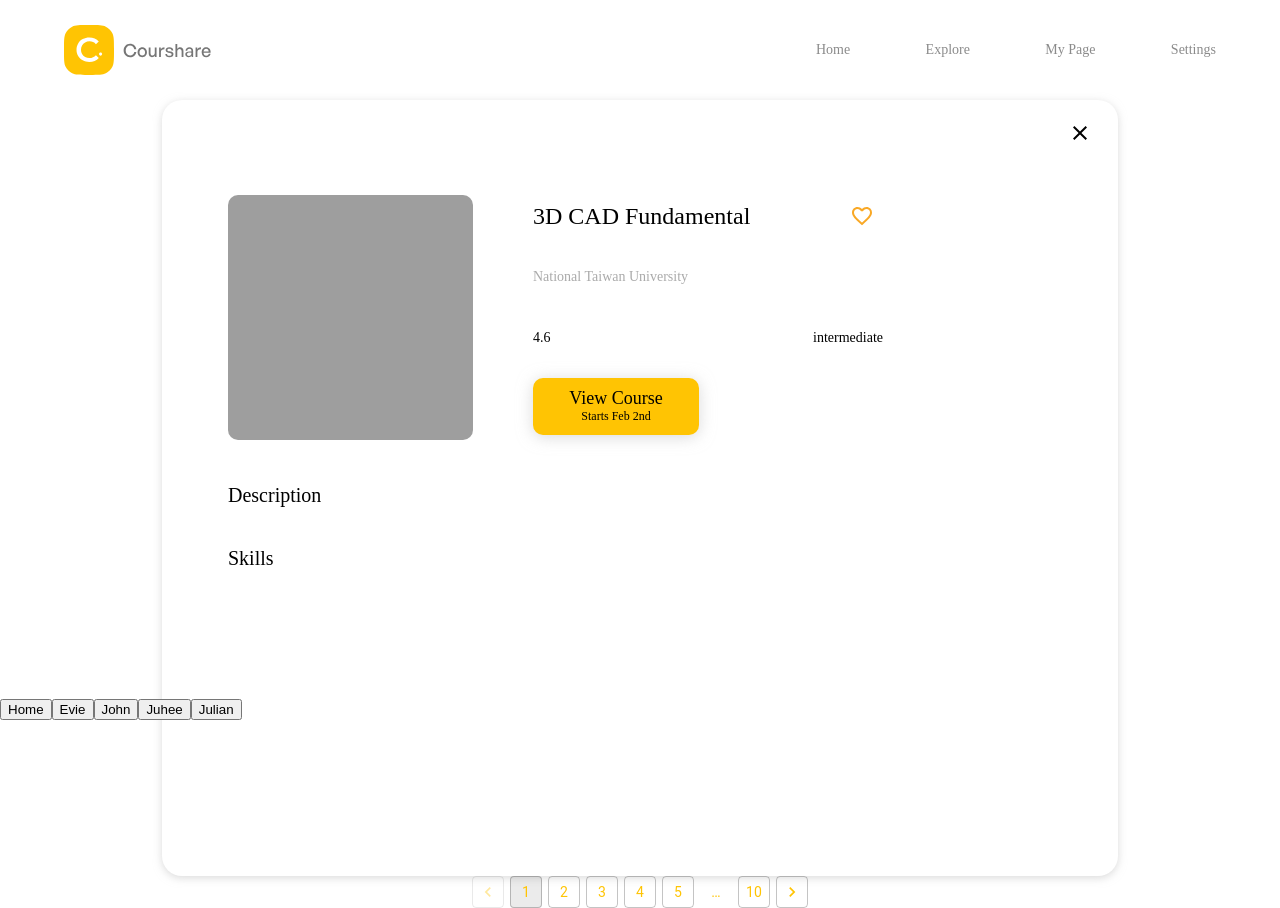
Repository: julianm09/courshare-app
Page: /comps/juhee
The author's editor kept a copy of each file at every save. The page is drawn from the files as they stood at one save, then again after the next save.
The browser window is 1280 px wide. The pictures show the whole page.
Pictures or frames that could not be fetched are drawn as grey boxes. The project was rebuilt for these pictures with package versions that can differ from the ones it lists, and the page was loaded fresh each time. The framework's server and built-in components were replaced by stand-ins that run in the browser. Also part of the build but not shown: next.config.js.

Above is the page before, as saved 2022-02-07 15:31:31.

### pages/_app.js
import "../styles/globals.css";
import styled from "styled-components";
import { useRouter } from "next/router";
import Navbar from "@/components/Navbar";

function MyApp({ Component, pageProps }) {
  const r = useRouter();
  return (
    <>
    <Navbar/>
      <Component {...pageProps} />

      <BotNav>
        <button onClick={() => r.push("/")}>Home</button>
        <button onClick={() => r.push("/comps/evie")}>Evie</button>
        <button onClick={() => r.push("/comps/john")}>John</button>
        <button onClick={() => r.push("/comps/juhee")}>Juhee</button>
        <button onClick={() => r.push("/comps/julian")}>Julian</button>
      </BotNav>
    </>
  );
}

const BotNav = styled.div`
  position: fixed;
  bottom: 0px;
`;

export default MyApp;

### pages/comps/juhee.js
import styled from "styled-components";
import CourseDetailCard from "@/components/CourseDetailCard";
import PageNavigation from "@/components/PageNavigation";

export default function Juhee() {
  return (
    <Cont>
      {/* make components here */}
      <CourseDetailCard></CourseDetailCard>
      <PageNavigation></PageNavigation>
    </Cont>
  );
}

const Cont = styled.div`
  display: flex;
  align-items: center;
  flex-direction: column;
  width: 100%;
`;

### styles/globals.css
@import url("general-sans.css");

html,
body {
  padding: 0;
  margin: 0;
  font-family: -apple-system, BlinkMacSystemFont, Segoe UI, Roboto, Oxygen,
    Ubuntu, Cantarell, Fira Sans, Droid Sans, Helvetica Neue, sans-serif;
}

a {
  color: inherit;
  text-decoration: none;
}

* {
  box-sizing: border-box;
}

### components/Navbar.js
import styled from "styled-components";
import { useState } from "react";
import { useRouter } from "next/router";

export default function Navbar({}) {
  const r = useRouter();

  const [menu, setMenu] = useState(false);

  const handleLink = (t) => {
    setMenu(false);
    r.push(t);
  };

  return (
    <NavbarUI>
      <Logo
        src="/logo.svg"
        selected={r.pathname == "/"}
        onClick={() => handleLink("/")}
      ></Logo>
      <Navigation>
        <LinkUI selected={r.pathname == "/"} onClick={() => handleLink("/")}>
          Home
        </LinkUI>
        <LinkUI
          selected={r.pathname == "/explore"}
          onClick={() => handleLink("/explore")}
        >
          Explore
        </LinkUI>
        <LinkUI
          selected={r.pathname == "/mypage"}
          onClick={() => handleLink("/mypage")}
        >
          My Page
        </LinkUI>
        <LinkUI
          selected={r.pathname == "/settings"}
          onClick={() => handleLink("/settings")}
        >
          Settings
        </LinkUI>
      </Navigation>
      <MenuIcon
        src={menu ? "/icons/close.svg" : "/icons/menu.svg"}
        onClick={() => setMenu(!menu)}
      />
      {menu ? (
        <MobileMenu>
          <LinkUI selected={r.pathname == "/"} onClick={() => handleLink("/")}>
            Home
          </LinkUI>
          <LinkUI
            selected={r.pathname == "/explore"}
            onClick={() => handleLink("/explore")}
          >
            Explore
          </LinkUI>
          <LinkUI
            selected={r.pathname == "/mypage"}
            onClick={() => handleLink("/mypage")}
          >
            My Page
          </LinkUI>
          <LinkUI
            selected={r.pathname == "/settings"}
            onClick={() => handleLink("/settings")}
          >
            Settings
          </LinkUI>
        </MobileMenu>
      ) : (
        <></>
      )}
    </NavbarUI>
  );
}

const NavbarUI = styled.div`
  width: 100%;
  padding: 0 5%;
  height: 100px;
  display: flex;
  align-items: center;
  justify-content: space-between;

  -webkit-touch-callout: none; /* iOS Safari */
  -webkit-user-select: none; /* Safari */
  -khtml-user-select: none; /* Konqueror HTML */
  -moz-user-select: none; /* Old versions of Firefox */
  -ms-user-select: none; /* Internet Explorer/Edge */
  user-select: none; /* Non-prefixed version, currently supported by Chrome, Edge, Opera and Firefox */
`;

const Logo = styled.img`
  cursor: pointer;
`;

const Navigation = styled.div`
  display: flex;
  justify-content: space-between;
  width: 400px;
  @media (max-width: 1000px) {
    display: none;
  }
`;

const LinkUI = styled.div`
  cursor: pointer;
  font-family: General Sans;
  font-style: normal;
  font-size: 14px;
  line-height: 24px;
  color: #8b8b8b;
  color: ${(props) => (props.selected ? "#595959" : "#8B8B8B")};
  font-weight: ${(props) => (props.selected ? "500" : "400")};
`;

const MenuIcon = styled.img`
  cursor: pointer;
  display: none;
  @media (max-width: 1000px) {
    display: flex;
  }
`;

const MobileMenu = styled.div`
  cursor: pointer;
  display: flex;
  position: absolute;
  height: 200px;
  flex-direction: column;
  justify-content: space-between;
  align-items: flex-end;
  top: 100px;
  width: 90%;
  @media (min-width: 1000px) {
    display: none;
  }
`;

### components/CourseDetailCard.js
import styled from "styled-components";
import { useState } from "react";
import Favorite from "@mui/icons-material/Favorite";
import FavoriteBorder from "@mui/icons-material/FavoriteBorder";
import { Checkbox } from "@mui/material";
import RegisterButton from "../components/RegisterButton";
import { yellow } from "@mui/material/colors";
import CloseIcon from "@mui/icons-material/Close";

const BigCont = styled.div`
  display: flex;
  flex-direction: column;
  width: 956px;
  height: 776px;
  background-color: #ffffff;
  box-shadow: 0px 2px 8px 0px rgba(185, 185, 185, 0.52);
  border-radius: 20px;
  font-family: General Sans;
`;
const ButtonCont = styled.div`
  display: flex;
  justify-content: flex-end;
  margin-right: 20px;
  margin-top: 20px;
`;

const ContentCont = styled.div`
  display: flex;
  flex-direction: column;
  justify-content: space-between;
  padding: 46px 66px 66px 66px;
`;
const FristCont = styled.div`
  display: flex;
  flex-direction: row;
`;
const LeftCont = styled.div``;

const Img = styled.img`
  width: 245px;
  height: 245px;
  border-radius: 10px;
`;
const Heading1 = styled.p`
  font-size: 24px;
  margin: 0;
  font-weight: 500;
`;

const GreyText = styled.p`
  color: #aaaaaa;
  font-size: 14px;
`;
const RightCont = styled.div`
  height: 245px;
  margin-left: 60px;
  display: flex;
  flex-direction: column;
  align-items: space-between;
`;
const RightSmallCont = styled.div`
  width: 350px;
  display: flex;
  flex-direction: row;
  justify-content: space-between;
  align-items: center;
  margin-bottom: 5%;
`;
const SecondCont = styled.div`
  margin-top: 20px;
`;
const Heading2 = styled.p`
  font-size: 20px;
  font-weight: 500;
`;
const Desc = styled.p`
  font-size: 14px;
`;
const ThirdCont = styled.div``;

export default function CourseDetailCard({
  name = "3D  CAD Fundamental",
  school = "National Taiwan University",
  rating = 4.6,
  difficulty = "intermediate",
  description = "",
  skills = "",
}) {
  return (
    <BigCont>
      <ButtonCont>
        <button style={{ border: "none", background: "none" }}>
          <CloseIcon />
        </button>
      </ButtonCont>
      <ContentCont>
        <FristCont>
          <LeftCont>
            <Img src="https://images.unsplash.com/photo-1600869009498-8d429f88d4f5?ixlib=rb-1.2.1&ixid=MnwxMjA3fDB8MHxwaG90by1wYWdlfHx8fGVufDB8fHx8&auto=format&fit=crop&w=2340&q=80" />
          </LeftCont>
          <RightCont>
            <RightSmallCont>
              <Heading1>{name}</Heading1>
              <Checkbox
                sx={{
                  color: yellow[800],
                  "&.Mui-checked": {
                    color: yellow[600],
                  },
                }}
                icon={<FavoriteBorder />}
                checkedIcon={<Favorite />}
              />
            </RightSmallCont>
            <RightSmallCont>
              <GreyText>{school}</GreyText>
            </RightSmallCont>
            <RightSmallCont>
              <Desc>{rating}</Desc>
              <Desc>{difficulty}</Desc>
            </RightSmallCont>
            <RightSmallCont>
              <RegisterButton />
            </RightSmallCont>
          </RightCont>
        </FristCont>
        <SecondCont>
          <Heading2>Description</Heading2>
          <Desc>{description}</Desc>
        </SecondCont>
        <ThirdCont>
          <Heading2>Skills</Heading2>
          <Desc>{skills}</Desc>
        </ThirdCont>
      </ContentCont>
    </BigCont>
  );
}

### components/PageNavigation.js
import styled from "styled-components";
import Pagination from "@mui/material/Pagination";
import Stack from "@mui/material/Stack";
import { makeStyles } from "@mui/styles";
import { useState } from "react";

const Cont = styled.div``;

const useStyles = makeStyles(() => ({
  ul: {
    "& .MuiPaginationItem-root": {
      color: "#FFC403",
    },
  },
}));
export default function PageNavigation({}) {
  const classes = useStyles();
  return (
    <Cont>
      <Pagination
        count={10}
        variant="outlined"
        shape="rounded"
        classes={{ ul: classes.ul }}
      />
    </Cont>
  );
}

### styles/general-sans.css
/**
 * @license
 *
 * Font Family: General Sans
 * Designed by: Frode Helland
 * URL: https://www.fontshare.com/fonts/general-sans
 * © 2021 Indian Type Foundry
 *
 * Font Styles:
 * General Sans Variable(Variable font)
 * General Sans Variable Italic(Variable font)
 * General Sans Extralight
 * General Sans Extralight Italic
 * General Sans Light
 * General Sans Light Italic
 * General Sans Regular
 * General Sans Italic
 * General Sans Medium
 * General Sans Medium Italic
 * General Sans Semibold
 * General Sans Semibold Italic
 * General Sans Bold
 * General Sans Bold Italic
 *
*/


/**
* This is a variable font
* You can controll variable axes as shown below:
* font-variation-settings: 'wght' 700.0;
*
* available axes:

* 'wght' (range from 200.0 to 700.0)

*/

@font-face {
  font-family: 'GeneralSans-Variable';
  src: url('../fonts/GeneralSans-Variable.woff2') format('woff2'),
       url('../fonts/GeneralSans-Variable.woff') format('woff'),
       url('../fonts/GeneralSans-Variable.ttf') format('truetype');
       font-weight: 200 700;
       font-display: swap;
       font-style: normal;
}


/**
* This is a variable font
* You can controll variable axes as shown below:
* font-variation-settings: 'wght' 700.0;
*
* available axes:

* 'wght' (range from 200.0 to 700.0)

*/

@font-face {
  font-family: 'GeneralSans-VariableItalic';
  src: url('../fonts/GeneralSans-VariableItalic.woff2') format('woff2'),
       url('../fonts/GeneralSans-VariableItalic.woff') format('woff'),
       url('../fonts/GeneralSans-VariableItalic.ttf') format('truetype');
       font-weight: 200 700;
       font-display: swap;
       font-style: italic;
}


@font-face {
  font-family: 'GeneralSans-Extralight';
  src: url('../fonts/GeneralSans-Extralight.woff2') format('woff2'),
       url('../fonts/GeneralSans-Extralight.woff') format('woff'),
       url('../fonts/GeneralSans-Extralight.ttf') format('truetype');
       font-weight: 200;
       font-display: swap;
       font-style: normal;
}


@font-face {
  font-family: 'GeneralSans-ExtralightItalic';
  src: url('../fonts/GeneralSans-ExtralightItalic.woff2') format('woff2'),
       url('../fonts/GeneralSans-ExtralightItalic.woff') format('woff'),
       url('../fonts/GeneralSans-ExtralightItalic.ttf') format('truetype');
       font-weight: 200;
       font-display: swap;
       font-style: italic;
}


@font-face {
  font-family: 'GeneralSans-Light';
  src: url('../fonts/GeneralSans-Light.woff2') format('woff2'),
       url('../fonts/GeneralSans-Light.woff') format('woff'),
       url('../fonts/GeneralSans-Light.ttf') format('truetype');
       font-weight: 300;
       font-display: swap;
       font-style: normal;
}


@font-face {
  font-family: 'GeneralSans-LightItalic';
  src: url('../fonts/GeneralSans-LightItalic.woff2') format('woff2'),
       url('../fonts/GeneralSans-LightItalic.woff') format('woff'),
       url('../fonts/GeneralSans-LightItalic.ttf') format('truetype');
       font-weight: 300;
       font-display: swap;
       font-style: italic;
}


@font-face {
  font-family: 'GeneralSans-Regular';
  src: url('../fonts/GeneralSans-Regular.woff2') format('woff2'),
       url('../fonts/GeneralSans-Regular.woff') format('woff'),
       url('../fonts/GeneralSans-Regular.ttf') format('truetype');
       font-weight: 400;
       font-display: swap;
       font-style: normal;
}


@font-face {
  font-family: 'GeneralSans-Italic';
  src: url('../fonts/GeneralSans-Italic.woff2') format('woff2'),
       url('../fonts/GeneralSans-Italic.woff') format('woff'),
       url('../fonts/GeneralSans-Italic.ttf') format('truetype');
       font-weight: 400;
       font-display: swap;
       font-style: italic;
}


@font-face {
  font-family: 'GeneralSans-Medium';
  src: url('../fonts/GeneralSans-Medium.woff2') format('woff2'),
       url('../fonts/GeneralSans-Medium.woff') format('woff'),
       url('../fonts/GeneralSans-Medium.ttf') format('truetype');
       font-weight: 500;
       font-display: swap;
       font-style: normal;
}


@font-face {
  font-family: 'GeneralSans-MediumItalic';
  src: url('../fonts/GeneralSans-MediumItalic.woff2') format('woff2'),
       url('../fonts/GeneralSans-MediumItalic.woff') format('woff'),
       url('../fonts/GeneralSans-MediumItalic.ttf') format('truetype');
       font-weight: 500;
       font-display: swap;
       font-style: italic;
}


@font-face {
  font-family: 'GeneralSans-Semibold';
  src: url('../fonts/GeneralSans-Semibold.woff2') format('woff2'),
       url('../fonts/GeneralSans-Semibold.woff') format('woff'),
       url('../fonts/GeneralSans-Semibold.ttf') format('truetype');
       font-weight: 600;
       font-display: swap;
       font-style: normal;
}


@font-face {
  font-family: 'GeneralSans-SemiboldItalic';
  src: url('../fonts/GeneralSans-SemiboldItalic.woff2') format('woff2'),
       url('../fonts/GeneralSans-SemiboldItalic.woff') format('woff'),
       url('../fonts/GeneralSans-SemiboldItalic.ttf') format('truetype');
       font-weight: 600;
       font-display: swap;
       font-style: italic;
}


@font-face {
  font-family: 'GeneralSans-Bold';
  src: url('../fonts/GeneralSans-Bold.woff2') format('woff2'),
       url('../fonts/GeneralSans-Bold.woff') format('woff'),
       url('../fonts/GeneralSans-Bold.ttf') format('truetype');
       font-weight: 700;
       font-display: swap;
       font-style: normal;
}


@font-face {
  font-family: 'GeneralSans-BoldItalic';
  src: url('../fonts/GeneralSans-BoldItalic.woff2') format('woff2'),
       url('../fonts/GeneralSans-BoldItalic.woff') format('woff'),
       url('../fonts/GeneralSans-BoldItalic.ttf') format('truetype');
       font-weight: 700;
       font-display: swap;
       font-style: italic;
}

### components/RegisterButton.js
import styled from "styled-components";

const RegisterBtn = styled.button`
  width: 166px;
  height: 57px;
  background-color: ${(props) => props.background};
  color: #000000;
  filter: drop-shadow(0px 2px 8px rgba(185, 185, 185, 0.52));
  border-radius: 10px;
  border: none;
  display: flex;
  flex-direction: column;
  justify-content: center;
  align-items: center;
`;
const Header = styled.div`
  font-family: General Sans;
  font-style: normal;
  font-weight: 500;
  font-size: 18px;
  color: #000000;
  margin-left: auto;
  margin-right: auto;
`;

const Text = styled.div`
font-family: General Sans;
font-style: normal;
font-weight: normal;
font-size: 12px;
color: #000000;
margin-left: auto;
margin-right: auto;

}
`;

const RegisterButton = ({
  text = "View Course",
  data = "Starts Feb 2nd",
  background = "#FFC403",
}) => {
  return (
    <RegisterBtn background={background}>
      <Header>{text}</Header>
      <Text>{data}</Text>
    </RegisterBtn>
  );
};

export default RegisterButton;

Loaded but not shown: pages/_document.js (common file)

After the next save:
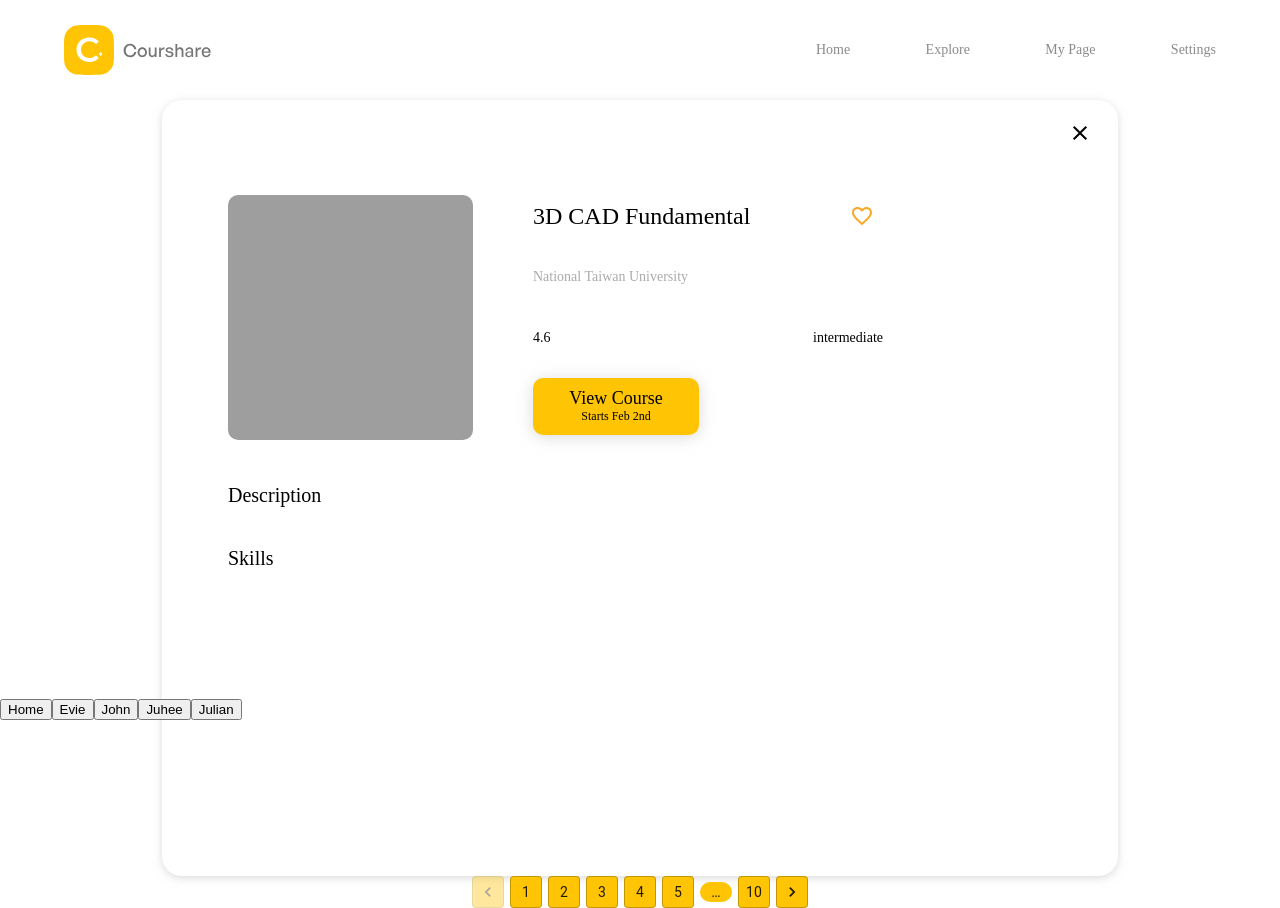
Saved 15 s later.
--- a/components/PageNavigation.js
+++ b/components/PageNavigation.js
@@ -9,7 +9,7 @@ const Cont = styled.div``;
 const useStyles = makeStyles(() => ({
   ul: {
     "& .MuiPaginationItem-root": {
-      color: "#FFC403",
+      backgroundColor: "#FFC403",
     },
   },
 }));
